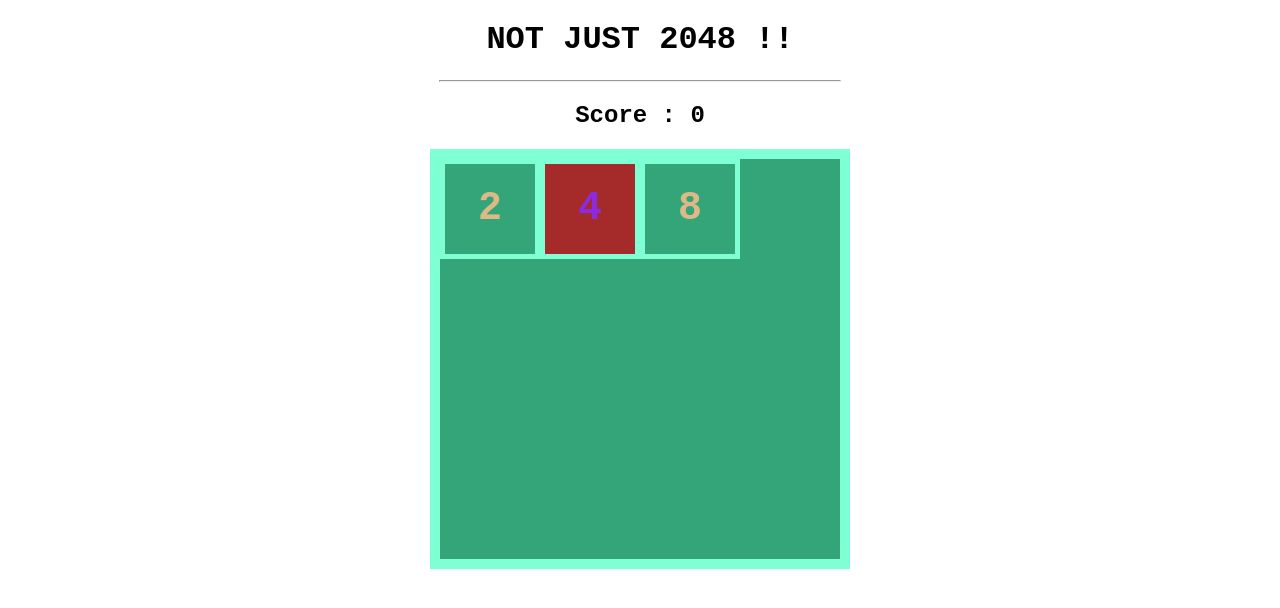
Repository: Prathamyadav1123/2048Game
Page: NotJust2048-main/2048.html
An editor plug-in stored every save of this project. The page is shown before and after the next save, followed by the edit.
The browser window is 1280 px wide. The pictures show the whole page.

Above is the page before, as saved 2023-05-31 19:54:34.

After the next save:
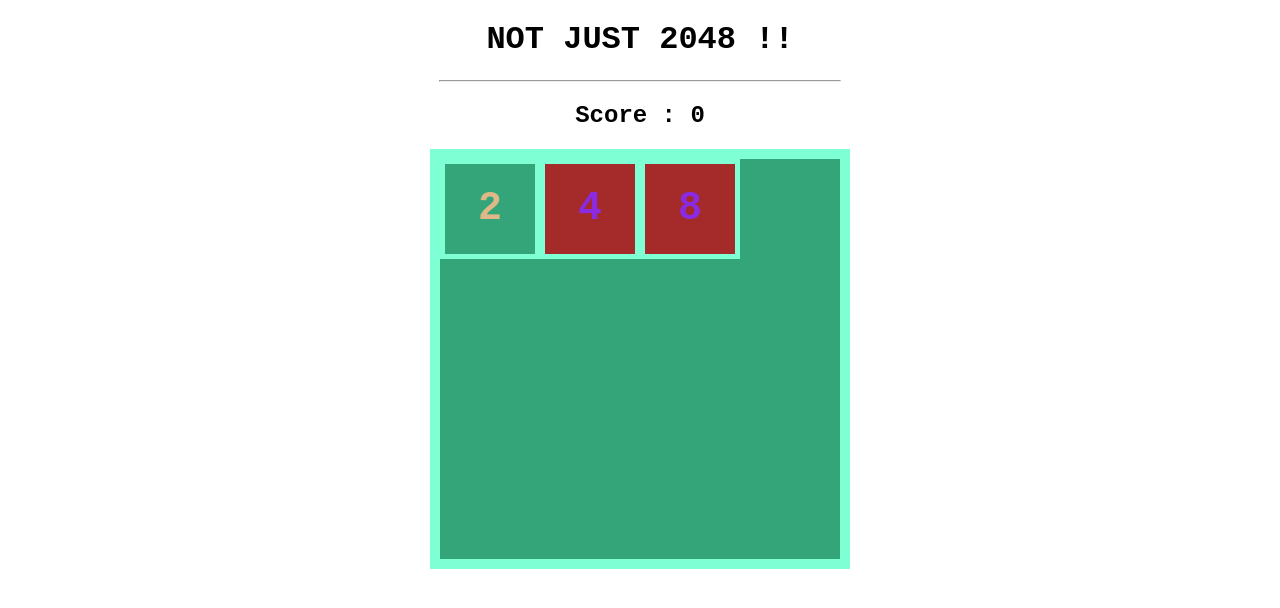
Saved 4 s later.
--- a/NotJust2048-main/2048.html
+++ b/NotJust2048-main/2048.html
@@ -14,7 +14,7 @@
         <div id="board">
             <div class="tile x1">2</div>
             <div class="tile x2">4</div>
-            <div class="tile" class="x8">8</div>
+            <div class="tile x8">8</div>
         </div>
     </body>
 </html>
